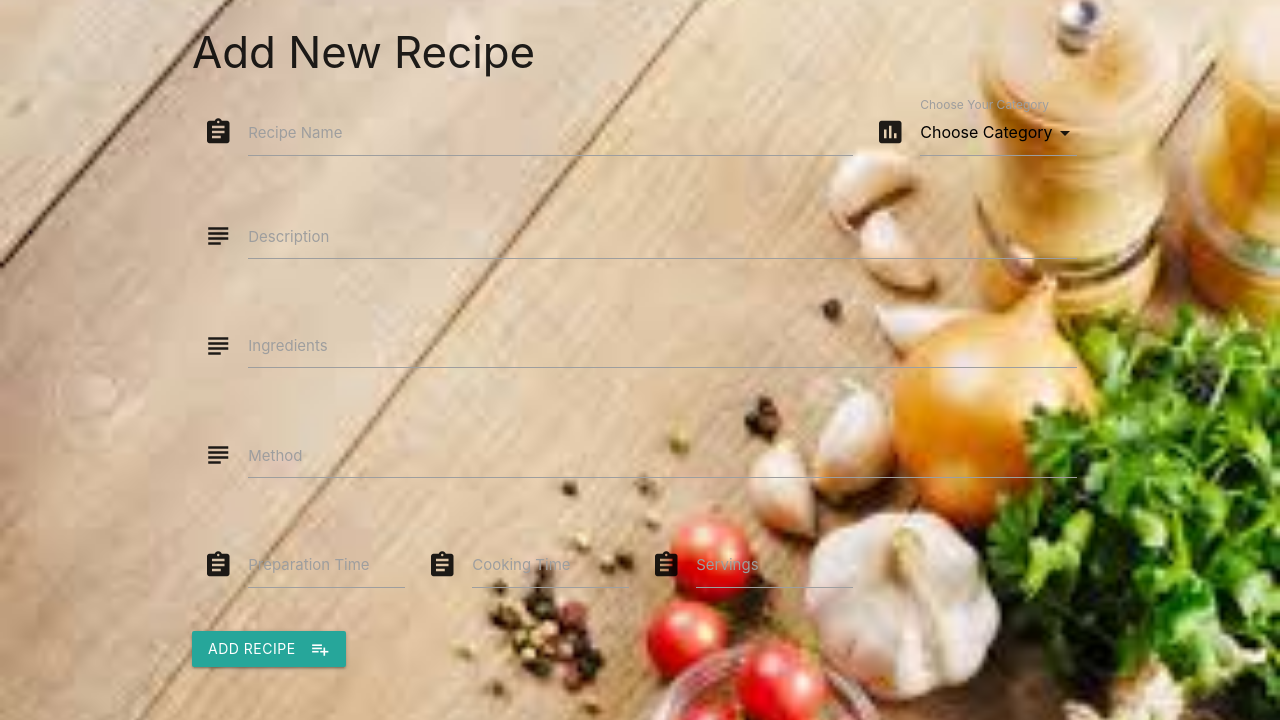
Repository: atena123/COOK-BOOK
Page: http://localhost/add_recipe
The author's editor kept a record of every edit. The page is drawn from the files as they stood at one moment, then again after the next edit.
The browser window is 1280 px wide. The pictures show the whole page.
Some web libraries are served in a nearby version. The page is served by the project's application, run on Flask 3 (app.py). Queries for data that is not in the repository find no rows.

Above is the page before.

After the next edit:
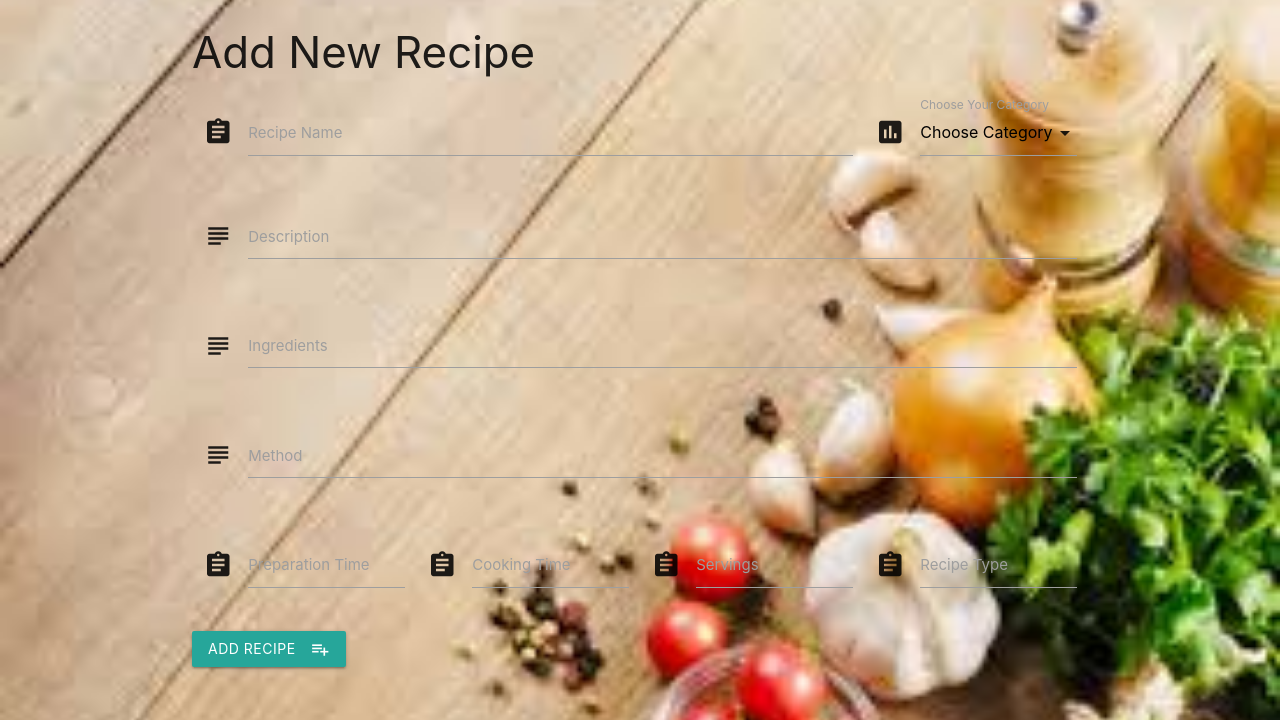
The edit:
--- a/templates/addrecipe.html
+++ b/templates/addrecipe.html
@@ -68,6 +68,12 @@
                 <input id="servings" name="servings" type="text" class="validate">
                 <label for="icon_prefix">Servings</label>
                 </div>
+
+                <div class="input-field col s3">
+                <i class="material-icons prefix">assignment</i>
+                <input id="recipe_type" name="recipe_type" type="text" class="validate">
+                <label for="icon_prefix">Recipe Type</label>
+                </div>
             </div>
 
 
